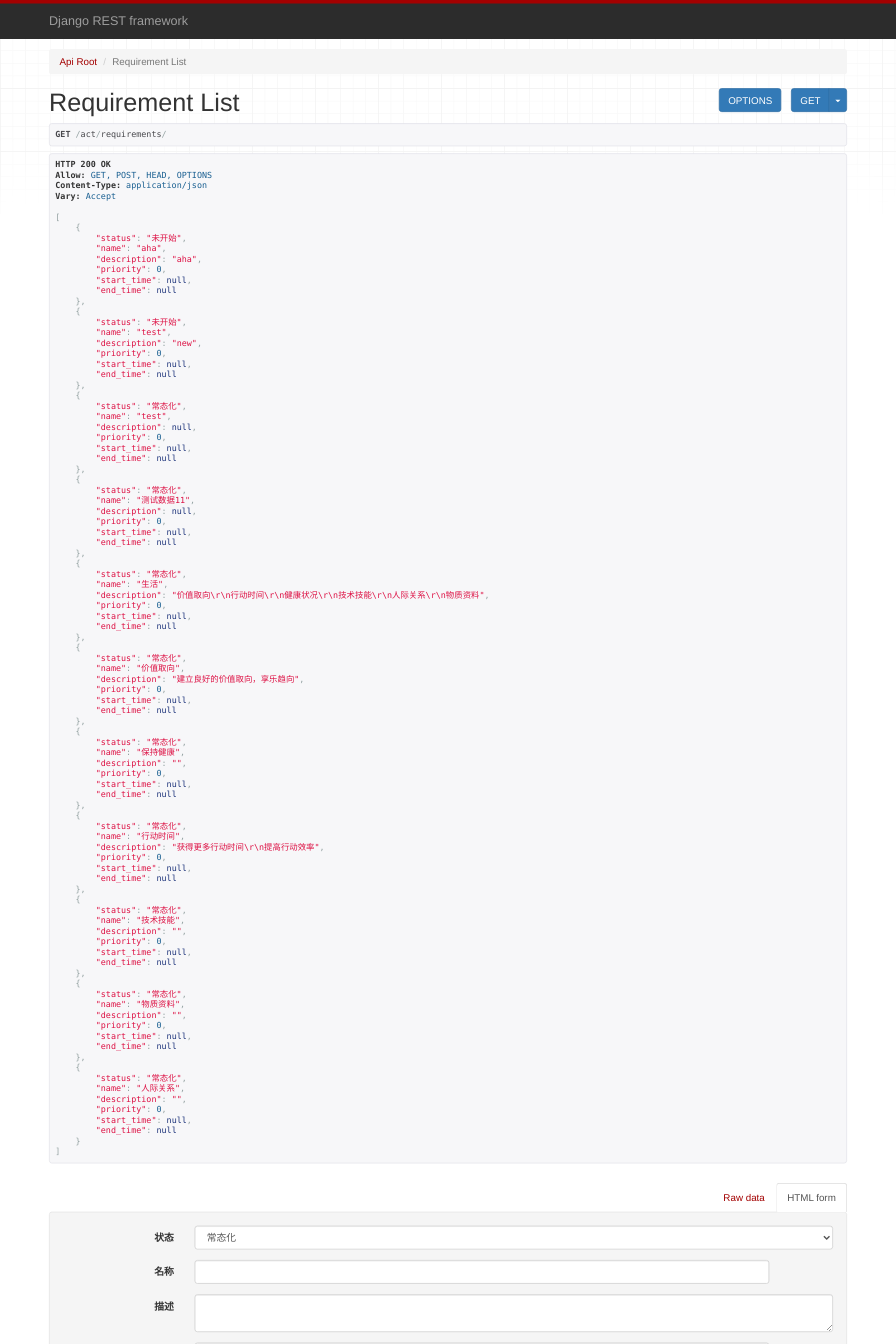
Repository: Floweroid/proj_mana
Page: http://localhost/act/requirements/
These files come from the project's save history. The page is drawn as it stood at one moment and after the next save; the edit follows.
The browser window is 1280 px wide. The pictures show the part of the page from y = 0 to 1920 px (the page is 2199 px tall before and 2589 px after), at 70% of full size.
Backgrounds fixed to the window are drawn as part of the page. The page is served by the project's application, run on Django 4.2 (manage.py). Other server files are loaded and not shown. The page reads the database file committed with the project.

Above is the page before, as saved 2024-05-20 08:47:24.

### act/models.py
from django.db import models

from django.db import models

class Requirement(models.Model):
    name = models.CharField(max_length=100, verbose_name='名称')
    STATUS_CHOICES = (
        ('常态化', '常态化'),
        ('已取消', '已取消'),
        ('已完成', '已完成'),
        ('进行中', '进行中'),
        ('未开始', '未开始'),
    )
    status = models.CharField(max_length=10, choices=STATUS_CHOICES, verbose_name='状态', default='未开始')
    description = models.TextField(verbose_name='描述', null=True,blank=True)
    priority = models.IntegerField(verbose_name='优先级', default=0)
    created_at = models.DateTimeField(auto_now_add=True, verbose_name='创建时间')
    updated_at = models.DateTimeField(auto_now=True, verbose_name='更新时间')
    parents = models.ManyToManyField('self', through='RequirementRelationship', symmetrical=False, verbose_name='父需求')

    start_time = models.DateTimeField(verbose_name='开始时间', null=True, blank=True)
    end_time = models.DateTimeField(verbose_name='结束时间', null=True, blank=True)

    def __str__(self):
        return f"#{self.id}.{self.name}"

class RequirementRelationship(models.Model):
    from_requirement = models.ForeignKey(Requirement, related_name='from_requirements', on_delete=models.CASCADE,verbose_name='源需求')
    to_requirement = models.ForeignKey(Requirement, related_name='to_requirements', on_delete=models.CASCADE,verbose_name='衍生需求')
    created_at = models.DateTimeField(auto_now_add=True)
    updated_at = models.DateTimeField(auto_now=True)

    def __str__(self):
        return f"{self.from_requirement}->{self.to_requirement}"




class Note(models.Model):
    name = models.CharField(max_length=100, verbose_name='笔记名称')
    description = models.TextField(verbose_name='笔记',null=True)
    created_at = models.DateTimeField(auto_now_add=True, verbose_name='创建时间')
    updated_at = models.DateTimeField(auto_now=True, verbose_name='更新时间')

    def __str__(self):
        return self.name

### act/serializers.py
# serializers.py
from rest_framework import serializers
from .models import Note, Requirement



class NoteSerializer(serializers.ModelSerializer):
    class Meta:
        model = Note
        fields = '__all__'

class RequirementSerializer(serializers.ModelSerializer):
    start_time = serializers.DateTimeField(format='%Y-%m-%d %H:%M:%S', required=False)
    end_time = serializers.DateTimeField(format='%Y-%m-%d %H:%M:%S', required=False)
    class Meta:
        model = Requirement
        fields = ['status','name','description','priority','start_time','end_time']

### act/views.py
# views.py
from rest_framework import viewsets
from .models import Note, Requirement
from .serializers import NoteSerializer, RequirementSerializer

class NoteViewSet(viewsets.ModelViewSet):
    queryset = Note.objects.all()
    serializer_class = NoteSerializer

class RequirementViewSet(viewsets.ModelViewSet):
    queryset = Requirement.objects.all()
    serializer_class = RequirementSerializer

### proj_mana/urls.py
"""
URL configuration for proj_mana project.

The `urlpatterns` list routes URLs to views. For more information please see:
    https://docs.djangoproject.com/en/4.2/topics/http/urls/
Examples:
Function views
    1. Add an import:  from my_app import views
    2. Add a URL to urlpatterns:  path('', views.home, name='home')
Class-based views
    1. Add an import:  from other_app.views import Home
    2. Add a URL to urlpatterns:  path('', Home.as_view(), name='home')
Including another URLconf
    1. Import the include() function: from django.urls import include, path
    2. Add a URL to urlpatterns:  path('blog/', include('blog.urls'))
"""
from django.contrib import admin
from django.urls import include, path

urlpatterns = [
    path("plan/", include("plan.urls")),
    path("req/", include("req_doc.urls")),
    path("act/", include("act.urls")),
    path('admin/', admin.site.urls),

]

### req_doc/urls.py
# urls.py
from django.urls import path, include
from rest_framework.routers import DefaultRouter
from .views import ProjectViewSet, DefinitionViewSet, RequirementViewSet

router = DefaultRouter()
router.register(r'projects', ProjectViewSet)
router.register(r'definitions', DefinitionViewSet)
router.register(r'requirements', RequirementViewSet)

urlpatterns = [
    path('', include(router.urls)),
]

### act/urls.py
# urls.py
from django.urls import path, include
from rest_framework.routers import DefaultRouter
from .views import RequirementViewSet

router = DefaultRouter()
router.register(r'requirements', RequirementViewSet)

urlpatterns = [
    path('', include(router.urls)),
]

### db.sqlite3 (the tables this page reads, as SQL)
CREATE TABLE "act_requirement" ("id" integer NOT NULL PRIMARY KEY AUTOINCREMENT, "name" varchar(100) NOT NULL, "status" varchar(10) NOT NULL, "description" text NULL, "priority" integer NOT NULL, "created_at" datetime NOT NULL, "updated_at" datetime NOT NULL, "end_time" datetime NULL, "start_time" datetime NULL);
INSERT INTO "act_requirement" VALUES
(2, 'aha', '未开始', 'aha', 0, '2024-05-20 09:56:51.737782', '2024-05-20 09:56:51.737782', NULL, NULL),
(3, 'test', '未开始', 'new', 0, '2024-05-20 10:03:12.002756', '2024-05-20 10:25:56.126600', NULL, NULL),
(4, 'test', '常态化', NULL, 0, '2024-05-20 10:37:39.781732', '2024-05-20 10:37:39.781732', NULL, NULL),
(5, '测试数据11', '常态化', NULL, 0, '2024-05-20 11:00:24.475576', '2024-05-20 11:48:23.272821', NULL, NULL),
(6, '生活', '常态化', '价值取向
行动时间
健康状况
技术技能
人际关系
物质资料', 0, '2024-05-20 11:56:26.645009', '2024-05-20 12:18:12.342924', NULL, NULL),
(7, '价值取向', '常态化', '建立良好的价值取向，享乐趋向', 0, '2024-05-20 11:59:38.397435', '2024-05-20 11:59:38.397435', NULL, NULL),
(8, '保持健康', '常态化', '', 0, '2024-05-20 12:11:55.927797', '2024-05-20 12:14:08.627678', NULL, NULL),
(10, '行动时间', '常态化', '获得更多行动时间
提高行动效率', 0, '2024-05-20 12:15:36.697730', '2024-05-20 12:24:03.105387', NULL, NULL),
(11, '技术技能', '常态化', '', 0, '2024-05-20 12:16:13.933418', '2024-05-20 12:23:20.174090', NULL, NULL),
(12, '物质资料', '常态化', '', 0, '2024-05-20 12:16:43.565997', '2024-05-20 12:22:35.271229', NULL, NULL),
(13, '人际关系', '常态化', '', 0, '2024-05-20 12:17:26.345968', '2024-05-20 12:17:26.345968', NULL, NULL);

Loaded but not shown: plan/urls.py (common file)

After the next save:
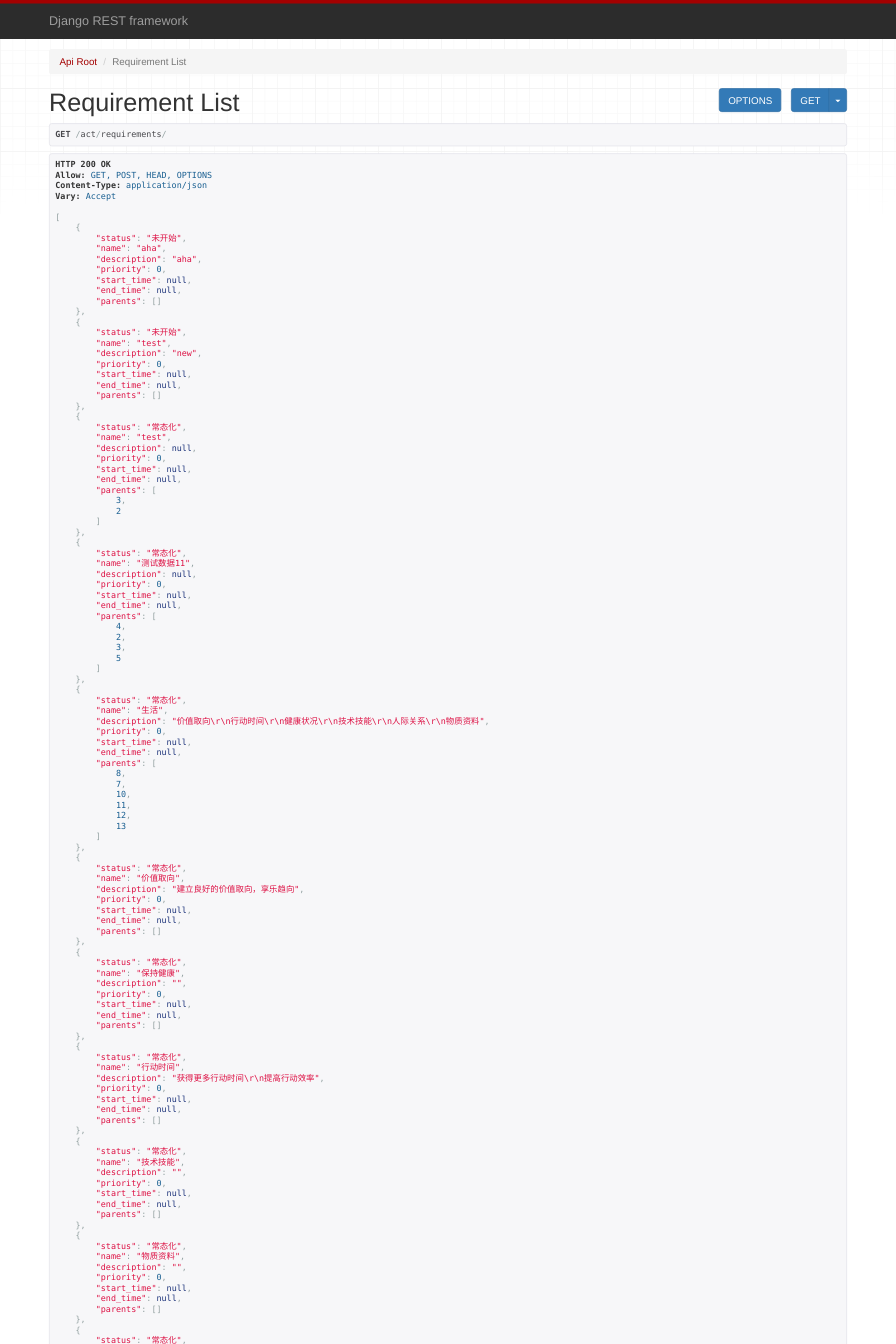
Saved 46 s later.
--- a/act/serializers.py
+++ b/act/serializers.py
@@ -14,4 +14,4 @@ class RequirementSerializer(serializers.ModelSerializer):
     end_time = serializers.DateTimeField(format='%Y-%m-%d %H:%M:%S', required=False)
     class Meta:
         model = Requirement
-        fields = ['status','name','description','priority','start_time','end_time']
+        fields = ['status','name','description','priority','start_time','end_time','parents']
